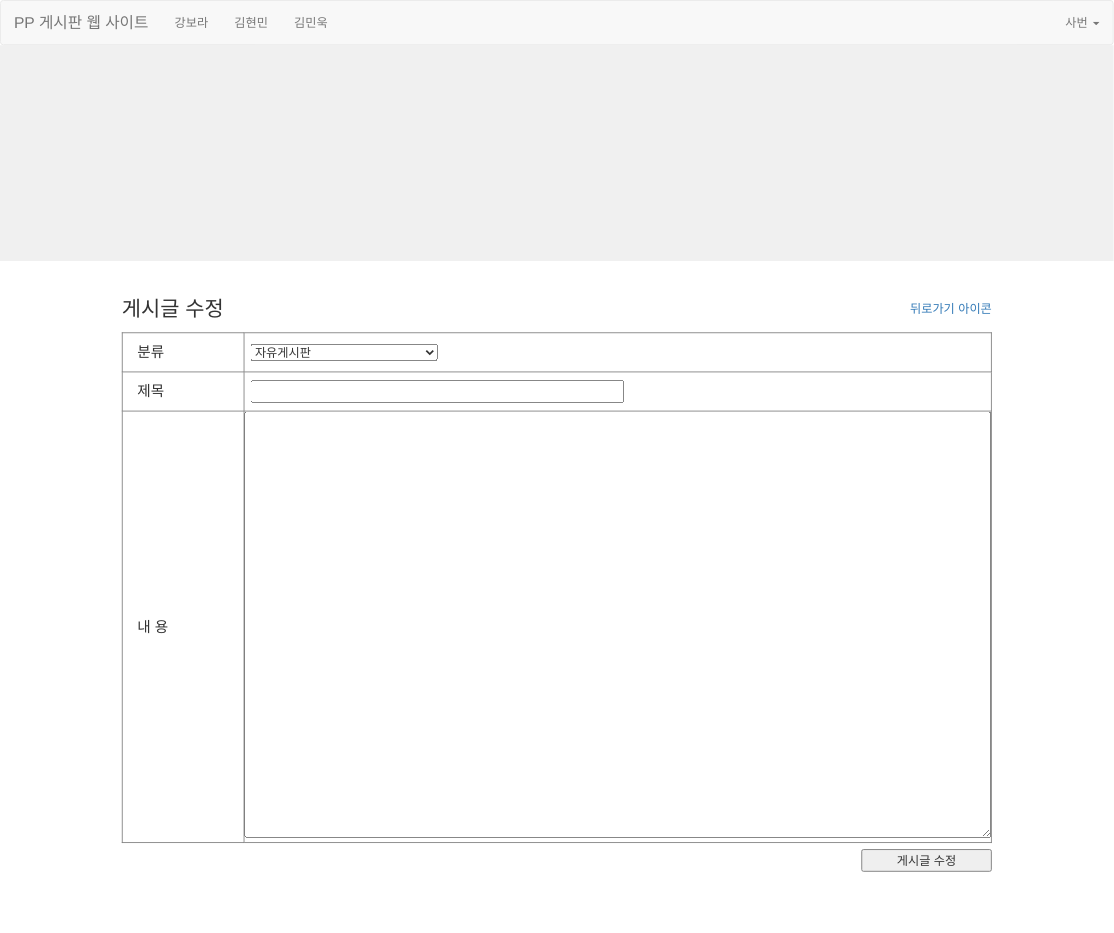
Repository: hyunminini/CommunityPage
Page: http://localhost/PP_Project/update.jsp
The author's editor kept a copy of each file at every save. The page is drawn from the files as they stood at one save, then again after the next save.
The browser window is 1280 px wide. The pictures show the whole page, at 87% of full size.
Some web libraries are served in a nearby version. The page is served by Tomcat 9.

Above is the page before, as saved 2022-09-29 03:18:20.

After the next save:
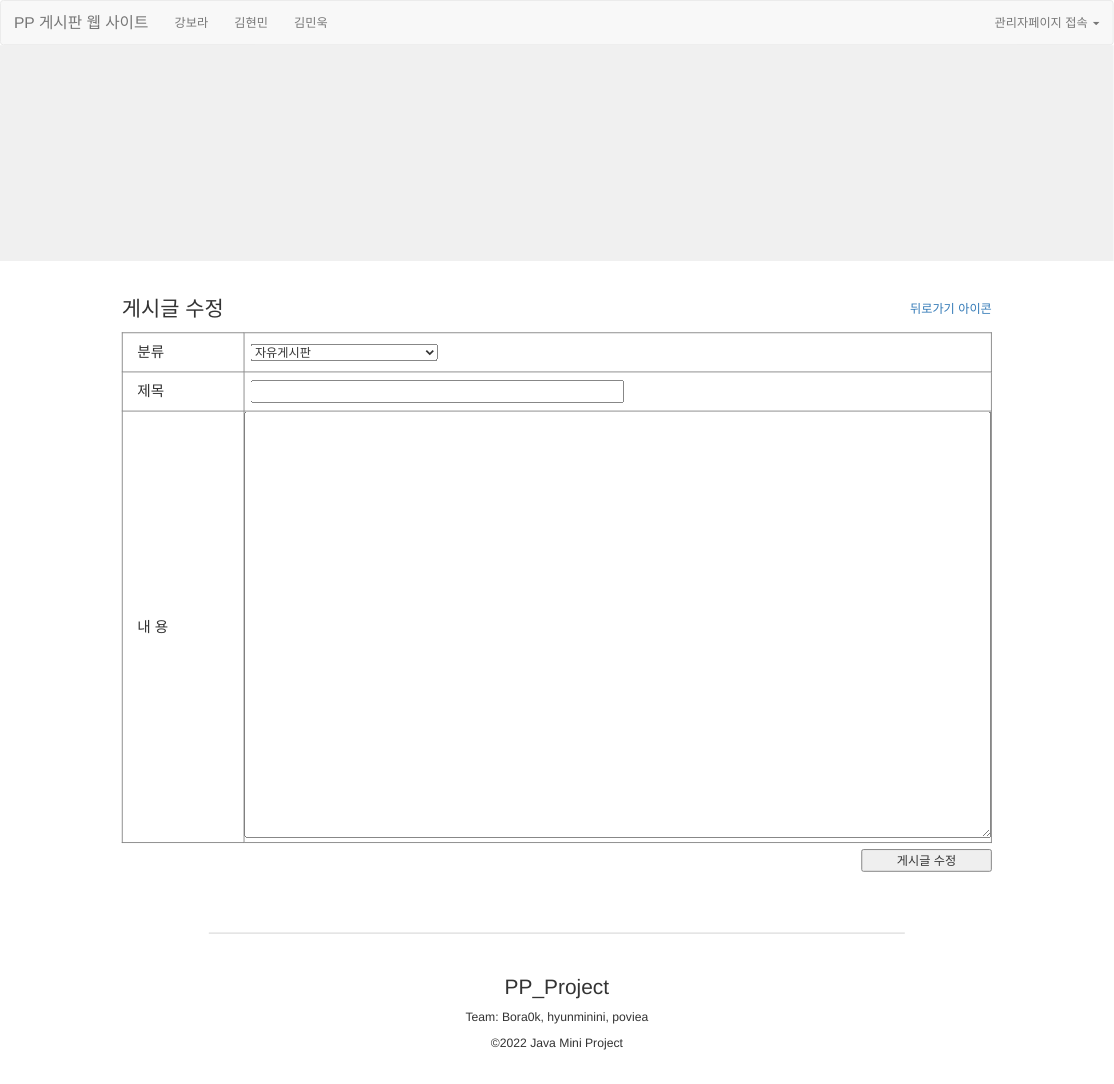
Saved 27 s later.
--- a/PP_Project/WebContent/update.jsp
+++ b/PP_Project/WebContent/update.jsp
@@ -12,6 +12,17 @@
 <link rel="stylesheet" href="css/layout.css">
 <title>update.jsp</title>
 <style>
+footer {
+	height: auto;
+	background: none;
+}
+
+.ft-wrap {
+	border-top: 1px solid #ccc;
+	text-align: center;
+	padding: 2em 0em 2em 0em;
+}
+
 </style>
 
 </head>
@@ -33,7 +44,7 @@
 				<span class="icon-bar"></span>
 				<span class="icon-bar"></span>
 			</button>
-			<a class="navbar-brand" href="board.do">
+			<a class="navbar-brand" href="board.do?command=backDrop">
 				PP 게시판 웹 사이트
 			</a>
 		</div>
@@ -41,9 +52,9 @@
 		<!-- 메뉴 영역 깃허브 링크 이동 -->
 		<div class="collapse navbar-collapse" id="bs-example-navbar-collapse-1">
 			<ul class="nav navbar-nav">
-				<li><a href="#">강보라</a></li>
-				<li><a href="#">김현민</a></li>
-				<li><a href="#">김민욱</a></li>
+				<li><a href="https://github.com/Bora0k" target="_blacnk">강보라</a></li>
+				<li><a href="https://github.com/hyunminini" target="_blacnk">김현민</a></li>
+				<li><a href="https://github.com/poviea" target="_blacnk">김민욱</a></li>
 			</ul>
 
 			<!-- 메뉴 드랍다운 영역 -->
@@ -56,28 +67,15 @@
 						aria-haspopup="true"
 						aria-expanded="false"
 					>
-					사번  ${empno}
-
+					관리자페이지 접속
 					<span class="caret"></span>
 					</a>
 
 				<!-- 드랍다운 아이템 영역 -->
 				<ul class="dropdown-menu">
-					<c:choose>
-						<c:when test="${sessionScope.empno == 1001}">
-							<li class="active">
-								<a href="logoutAction.jsp">관리자 페이지 이동</a>
-							</li>
-							<li>
-								<a href="logoutAction.jsp">로그아웃</a>
-							</li>
-						</c:when>
-						<c:otherwise>
-							<li class="active">
-								<a href="logoutAction.jsp">로그아웃</a>
-							</li>
-						</c:otherwise>
-					</c:choose>
+					<li class="active">
+						<a href="Login.jsp">접속하기</a>
+					</li>
 				</ul>
 			</li>
 		</ul>
@@ -96,6 +94,7 @@
 <form name=updateForm method=post action="board.do?command=update&board_cnum=<%=board_cnum %>" onSubmit='checkValid()'>
     <input type="hidden" value="update" name="command">
     <input type='hidden' name='board_cnum' value="${resultContent.board_cnum}">
+<!-- 	<input type="hidden" name="command" value="write"> -->
 	<table align="center" cellpadding="5" cellspacing="2" width="100%" border="1">
       	<div class="board-text-flex">
       		<h3 class="board-name">게시글 수정</h3>
@@ -133,6 +132,7 @@
 			</td>
     	</tr>
 	</table>
+
 	<input type="hidden" name="board_cnum" value="${board_cnum}"></input>
 	<input type="hidden" name="empno" value="${empno}"></input>
 	<div class="btn-wrap">
@@ -144,7 +144,11 @@
 
 <footer>
 	<div class="max-wrap">
-
+		<div class="ft-wrap">
+			<h3>PP_Project</h3>
+			<p>Team: Bora0k, hyunminini, poviea</p>
+			<p>©2022 Java Mini Project</p>
+		</div>
 	</div>
 </footer>
 
